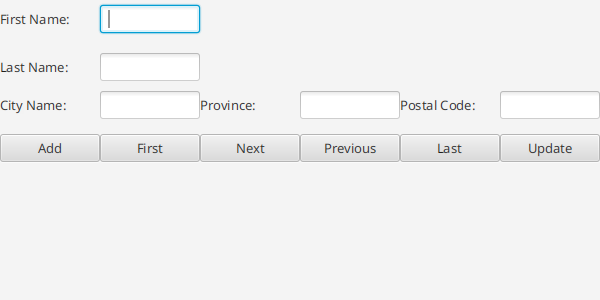
Repository: Mselenko/Java
Program's window: java w_5/JavaFx/src/task_2/AddressBook.java
An editor plug-in stored every save of this project. The program's window is shown before and after a run of saves, followed by the edit.
It runs on Java 21 on a 1366 x 768 screen with JavaFX 11; the title bar is not drawn.

Above is the program's window before, as saved 2019-06-21 23:14:22.

After the next 2 saves:
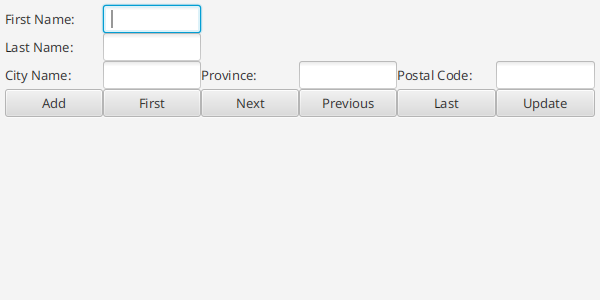
The 2 saves are shown as one change because they came seconds apart.
The last was saved 16 s later.
--- a/w_5/JavaFx/src/task_2/AddressBook.java
+++ b/w_5/JavaFx/src/task_2/AddressBook.java
@@ -18,9 +18,9 @@
         myStage.setTitle("Address Book");
 
         GridPane rootNode = new GridPane();
-        rootNode.setPadding(new Insets(5,0,0,0));
+        rootNode.setPadding(new Insets(5));
         rootNode.setHgap(0);
-        rootNode.setVgap(5);
+        rootNode.setVgap(0);
         rootNode.setMaxWidth(600);
         //rootNode.setAlignment(Pos.TOP_LEFT);
 
